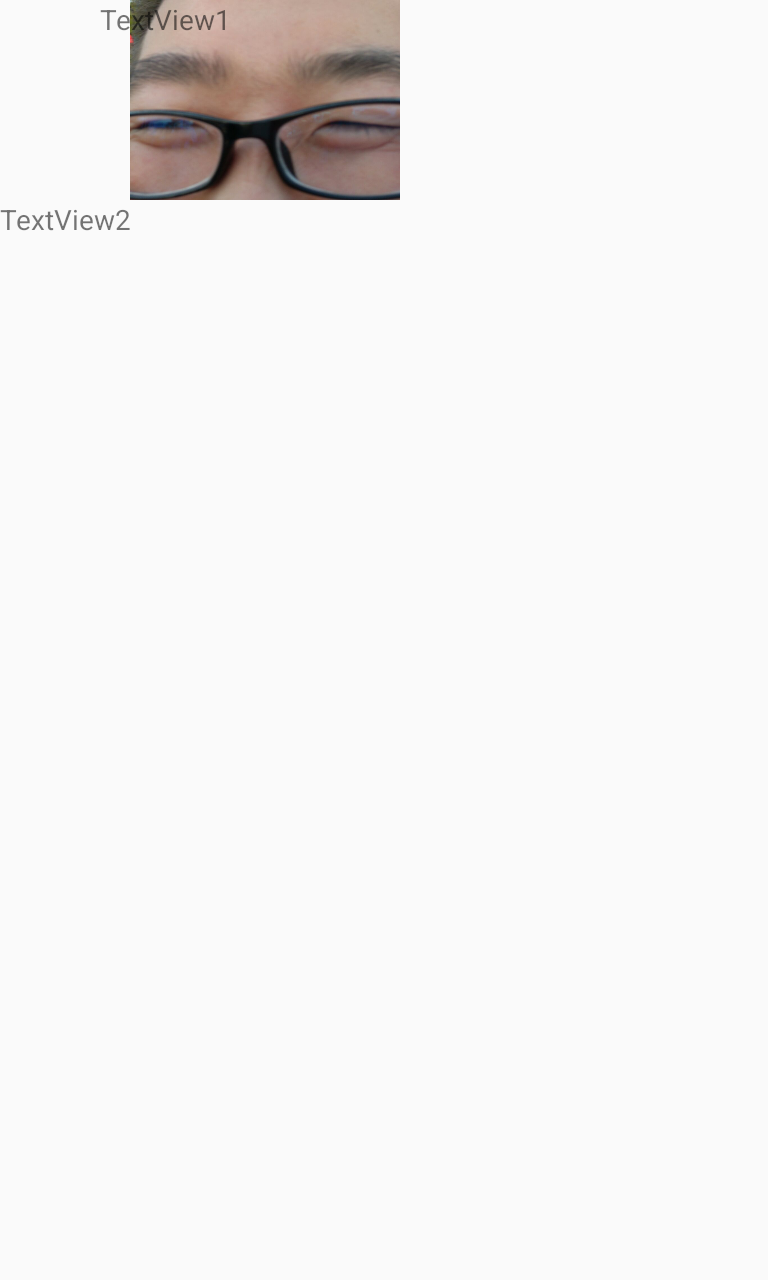
Repository: mjchow/qiuyi
Layout: demo1/res/layout/activity_main.xml
The author's editor kept a copy of each file at every save. The layout is drawn from the files as they stood at one save, then again after the next save.
It is drawn on a 768 x 1280 px phone screen (xhdpi) without system bars, with theme AppTheme; the app's code is not run.

Above is the layout before, as saved 2014-12-25 15:55:37.

After the next save:
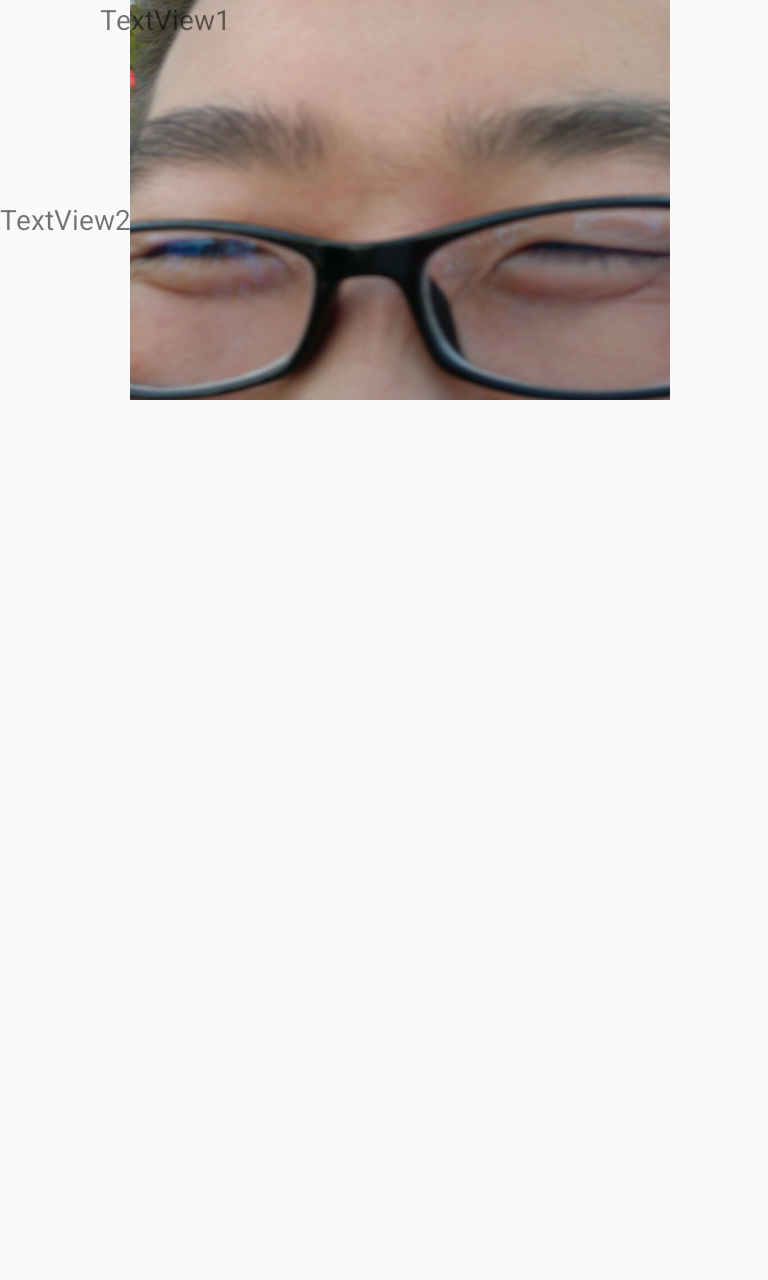
Saved 52 s later.
--- a/demo1/res/layout/activity_main.xml
+++ b/demo1/res/layout/activity_main.xml
@@ -9,9 +9,9 @@
     <ImageView
          android:id="@+id/imageview1"
          android:layout_marginBottom="10dp"
-         android:layout_width="200dp"
-         android:layout_height="100dp"
-         android:scaleType="fitEnd"
+         android:layout_width="400dp"
+         android:layout_height="200dp"
+         android:scaleType="fitCenter"
          android:src="@drawable/ydt1" />
       <TextView
         android:id="@+id/textView1"
